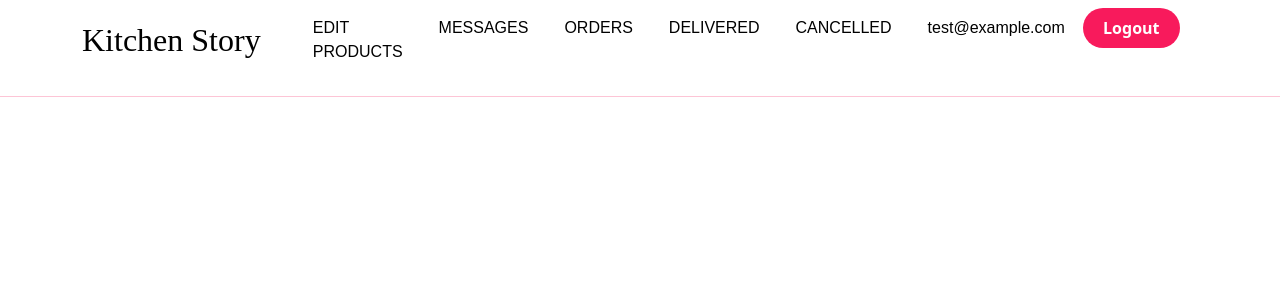
Repository: manishmachha/project-kitchenStory
Page: http://localhost/Phase_4_Kitchen_Story/admin/adminHeader.jsp
An editor plug-in stored every save of this project. The page is shown before and after the next save, followed by the edit.
The browser window is 1280 px wide. The pictures show the whole page.
Some web fonts or font styles are not loaded; a fallback is used. Some web libraries are served in a nearby version. The page is served by Tomcat 10. The session is filled in as if someone had signed in: {"email": "test@example.com"}.

Above is the page before, as saved 2022-03-08 06:35:59.

After the next save:
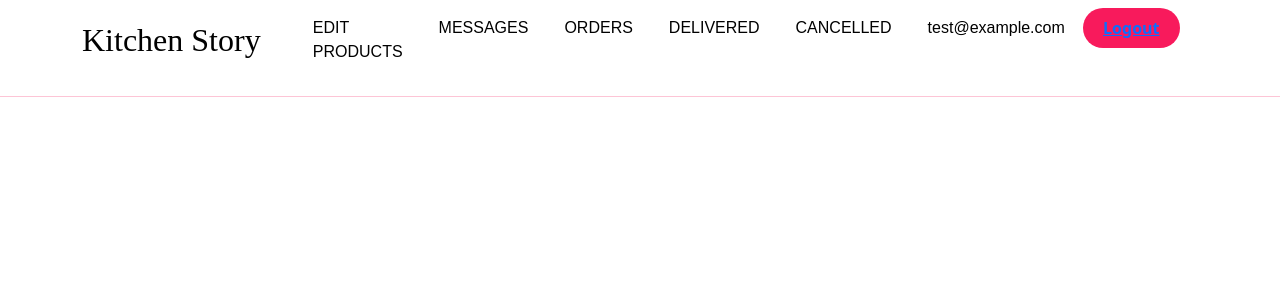
Saved 86 s later.
--- a/Phase 4 Kitchen Story/src/main/webapp/admin/adminHeader.jsp
+++ b/Phase 4 Kitchen Story/src/main/webapp/admin/adminHeader.jsp
@@ -48,7 +48,9 @@ String email = session.getAttribute("email").toString();
 					href="home.jsp#aboutUs">Delivered</a></li>
 				<li class="nav-item"><a class="nav-link" href="#">Cancelled</a></li>
 				<li class="nav-item"><a class="nav-link" id="accName" href="#"><%=email%></a></li>
-				<button class="btn0" type="submit">Logout</button>
+				<button class="btn0" type="submit">
+					<a href="logoutAction.jsp">Logout</a>
+				</button>
 			</ul>
 		</div>
 	</div>
